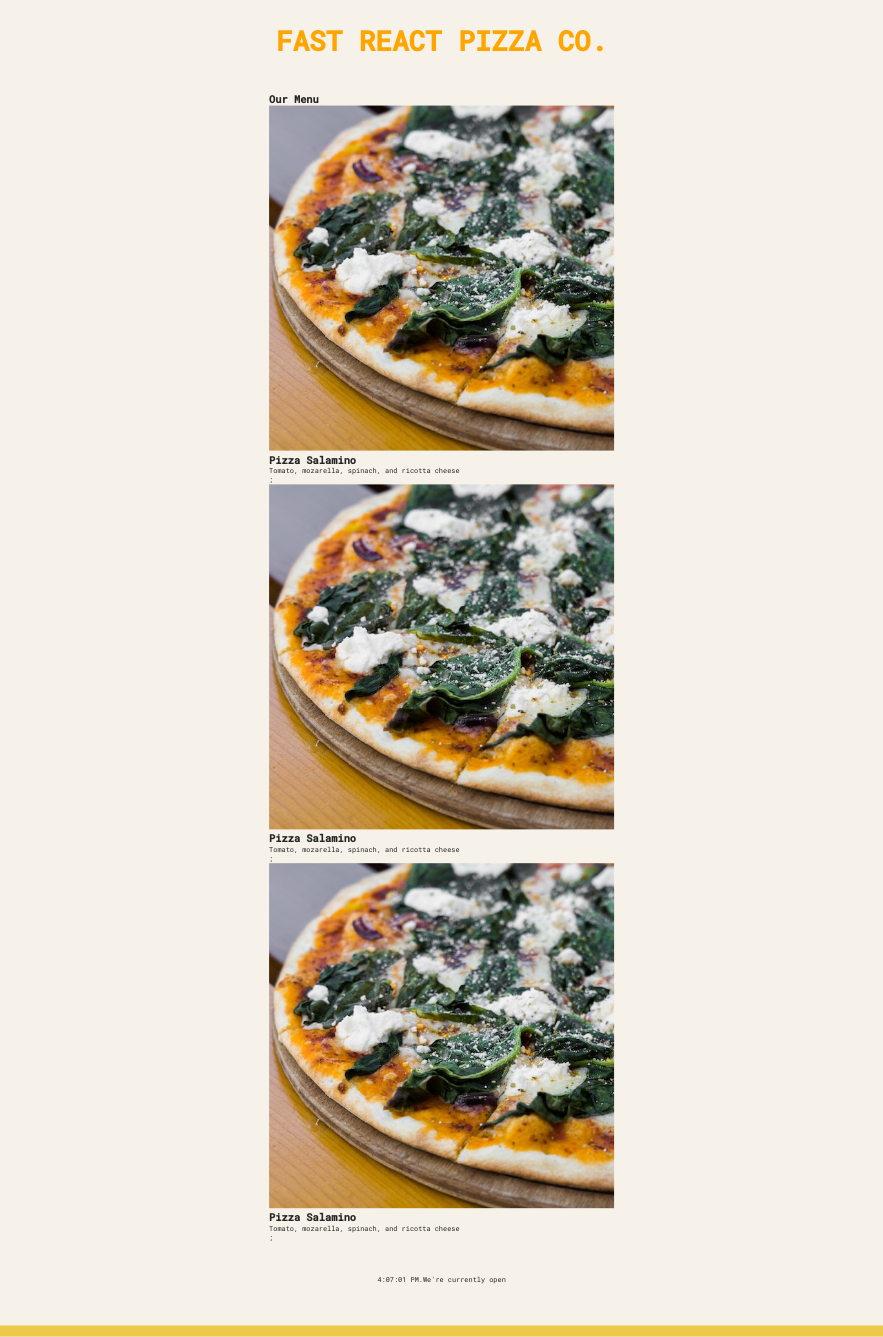
Repository: Aaryan-Poria/pizza-menu
Page: /
The author's editor kept a copy of each file at every save. The page is drawn from the files as they stood at one save, then again after the next save.
The browser window is 1280 px wide. The pictures show the whole page, at 69% of full size.
The project was rebuilt for these pictures with package versions that can differ from the ones it lists, and the page was loaded fresh each time.

Above is the page before, as saved 2023-10-09 13:36:21.

### src/index.js
import React from "react";
import ReactDOM from "react-dom/client";
import "./index.css";

const pizzaData = [
  {
    name: "Focaccia",
    ingredients: "Bread with italian olive oil and rosemary",
    price: 6,
    photoName: "pizzas/focaccia.jpg",
    soldOut: false,
  },
  {
    name: "Pizza Margherita",
    ingredients: "Tomato and mozarella",
    price: 10,
    photoName: "pizzas/margherita.jpg",
    soldOut: false,
  },
  {
    name: "Pizza Spinaci",
    ingredients: "Tomato, mozarella, spinach, and ricotta cheese",
    price: 12,
    photoName: "pizzas/spinaci.jpg",
    soldOut: false,
  },
  {
    name: "Pizza Funghi",
    ingredients: "Tomato, mozarella, mushrooms, and onion",
    price: 12,
    photoName: "pizzas/funghi.jpg",
    soldOut: false,
  },
  {
    name: "Pizza Salamino",
    ingredients: "Tomato, mozarella, and pepperoni",
    price: 15,
    photoName: "pizzas/salamino.jpg",
    soldOut: true,
  },
  {
    name: "Pizza Prosciutto",
    ingredients: "Tomato, mozarella, ham, aragula, and burrata cheese",
    price: 18,
    photoName: "pizzas/prosciutto.jpg",
    soldOut: false,
  },
];

function App() {
  return (
    <div className="container">
      <Header />
      <Menu />
      <Footer />
    </div>
  );
}

function Pizza() {
  return (
    <div>
      <img src="pizzas/spinaci.jpg" alt="Pizza-Spinaci.img"></img>
      <h2> Pizza Salamino</h2>
      <p>Tomato, mozarella, spinach, and ricotta cheese</p>;
    </div>
  );
}

function Header() {
  const style = {
    color: "orange",
    fontSize: "40px",
    textTransform: "uppercase",
  }; // A JS Object
  return <h1 style={style}>Fast React Pizza Co.</h1>; // CSS in JSX is an object. We have another {} to basically enter JS Mode
}
function Menu() {
  return (
    <div>
      <h2> Our Menu</h2>
      <Pizza />
      <Pizza />
      <Pizza />
    </div>
  );
}
function Footer() {
  const hour = new Date().getHours();
  const openingHour = 8;
  const closingHour = 23;

  const isOpen = hour >= openingHour && hour <= closingHour;
  console.log(isOpen);

  return (
    <footer>{new Date().toLocaleTimeString()}.We're currently open</footer>
  );
}

// React Version 18 and further
const root = ReactDOM.createRoot(document.getElementById("root"));
root.render(
  <React.StrictMode>
    <App />
  </React.StrictMode>
);

Loaded but not shown: public/index.html (common file); src/index.css (common file)

After the next save:
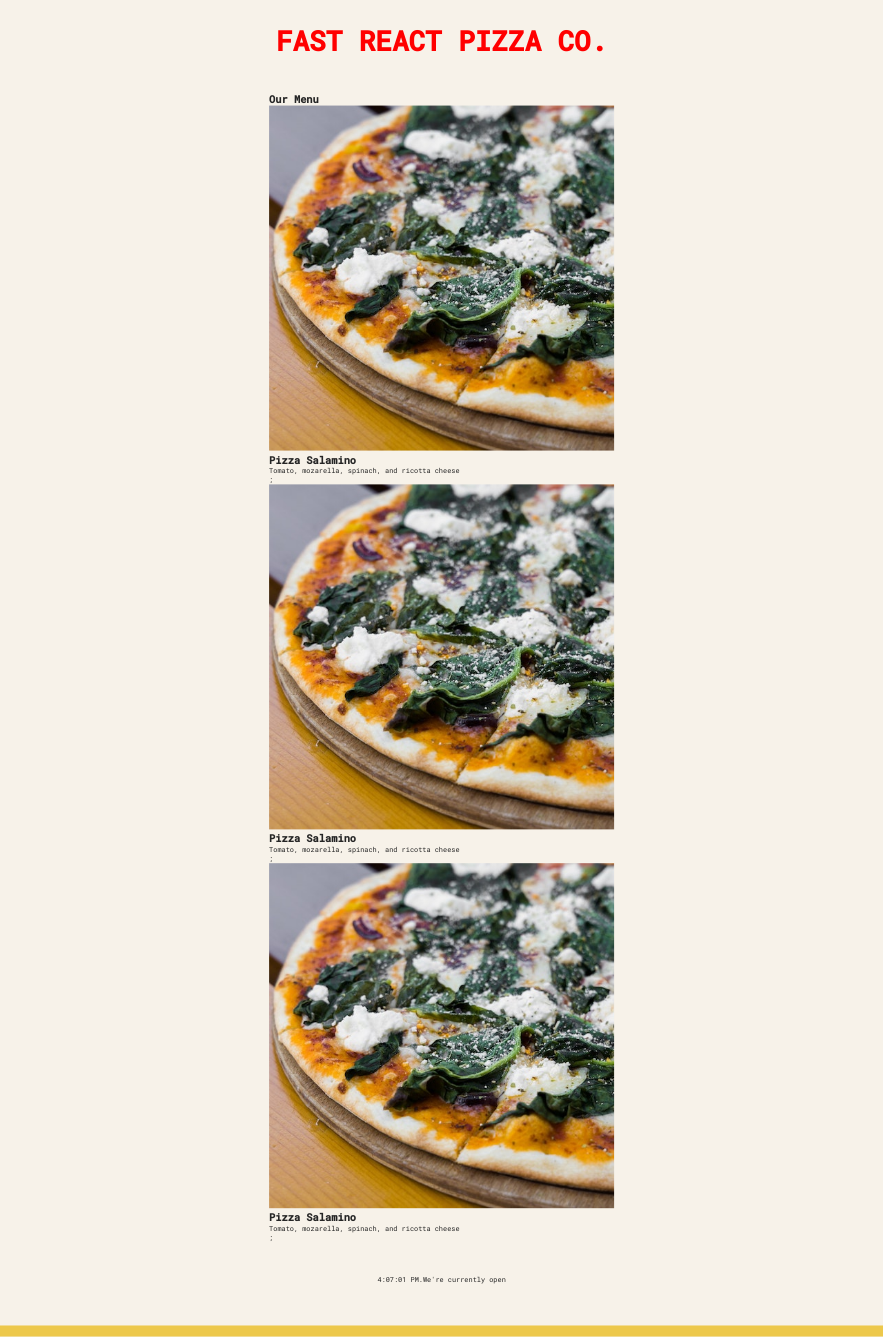
Saved 36 s later.
--- a/src/index.js
+++ b/src/index.js
@@ -68,11 +68,7 @@ function Pizza() {
 }
 
 function Header() {
-  const style = {
-    color: "orange",
-    fontSize: "40px",
-    textTransform: "uppercase",
-  }; // A JS Object
+  const style = { color: "red", fontSize: "40px", textTransform: "uppercase" }; // A JS Object
   return <h1 style={style}>Fast React Pizza Co.</h1>; // CSS in JSX is an object. We have another {} to basically enter JS Mode
 }
 function Menu() {
